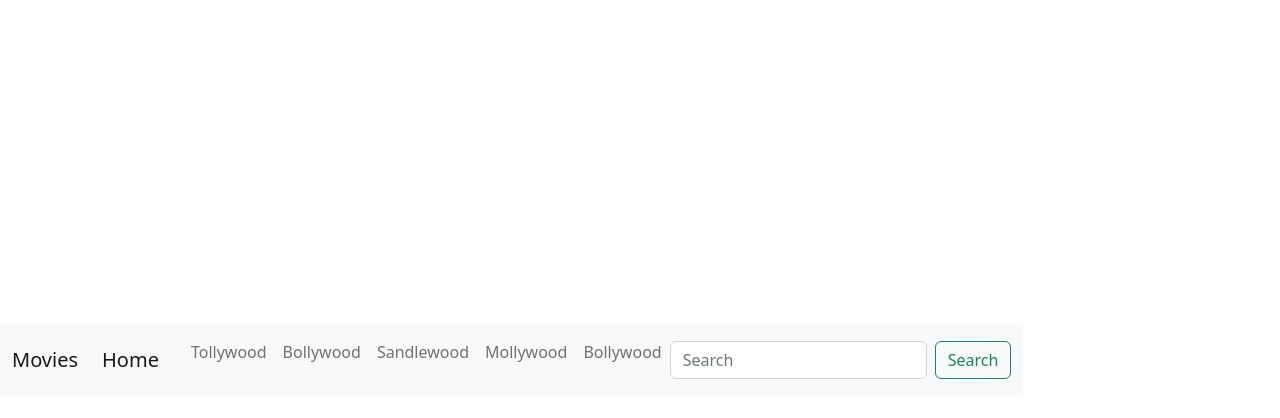
Repository: chandu7777158/Movies_spot
Page: /
These files come from the project's save history. The page is drawn as it stood at one moment and after the next save; the edit follows.
The browser window is 1280 px wide. The pictures show the whole page.
The project was rebuilt for these pictures with package versions that can differ from the ones it lists, and the page was loaded fresh each time. Also part of the build but not shown: vite.config.js.

Above is the page before, as saved 2026-01-22 10:15:59.

### index.html
<!doctype html>
<html lang="en">
  <head>
    <meta charset="UTF-8" />
    <link rel="icon" type="image/svg+xml" href="/vite.svg" />
    <meta name="viewport" content="width=device-width, initial-scale=1.0" />
    <title>movies_spot</title>
    <link href="https://cdn.jsdelivr.net/npm/bootstrap@5.2.3/dist/css/bootstrap.min.css" rel="stylesheet" integrity="sha384-rbsA2VBKQhggwzxH7pPCaAqO46MgnOM80zW1RWuH61DGLwZJEdK2Kadq2F9CUG65" crossorigin="anonymous">

  </head>
  <body>
    <script src="https://cdn.jsdelivr.net/npm/bootstrap@5.2.3/dist/js/bootstrap.bundle.min.js" integrity="sha384-kenU1KFdBIe4zVF0s0G1M5b4hcpxyD9F7jL+jjXkk+Q2h455rYXK/7HAuoJl+0I4" crossorigin="anonymous"></script>
    <div id="root"></div>
    <script type="module" src="/src/main.jsx"></script>
  </body>
</html>

### src/App.jsx
import React from 'react'
import Navbar from './components/Navbar'

export default function App() {
  return (
    <div>
      <Navbar/>
    </div>
  )
}

### src/components/Navbar.jsx
import React from 'react'

export default function Navbar() {
    return (
        <div>
            <nav class="navbar navbar-expand-lg bg-light">

                <div class="container-fluid">
                    <a class="navbar-brand" href="#">Movies</a>

                    <div class="collapse navbar-collapse" id="navbarSupportedContent">

                        <ul class="navbar-nav me-auto mb-2 mb-lg-0">
                            <li class="navbar-brand">
                                <a class="nav-link active" aria-current="page" href="#">Home</a>
                            </li>
                            <li class="nav-item">
                                <a class="nav-link" href="#">Tollywood</a>
                            </li>
                            <li class="nav-item">
                                <a class="nav-link" href="#">Bollywood</a>
                            </li>
                            <li class="nav-item">
                                <a class="nav-link" href="#">Sandlewood</a>
                            </li>
                            <li class="nav-item ">
                                <a class="nav-link " href="#">Mollywood</a>
                            </li>
                            <li class="nav-item ">
                                <a class="nav-link " href="#">Bollywood</a>
                            </li>

                        </ul>
                        <form class="d-flex" role="search">
                            <input class="form-control me-2" type="search" placeholder="Search" aria-label="Search"/>
                            <button class="btn btn-outline-success" type="submit">Search</button>
                        </form>
                    </div>
                </div>
            </nav>

        </div>
    )
}

Loaded but not shown: src/main.jsx (common file); src/index.css (common file)

After the next save:
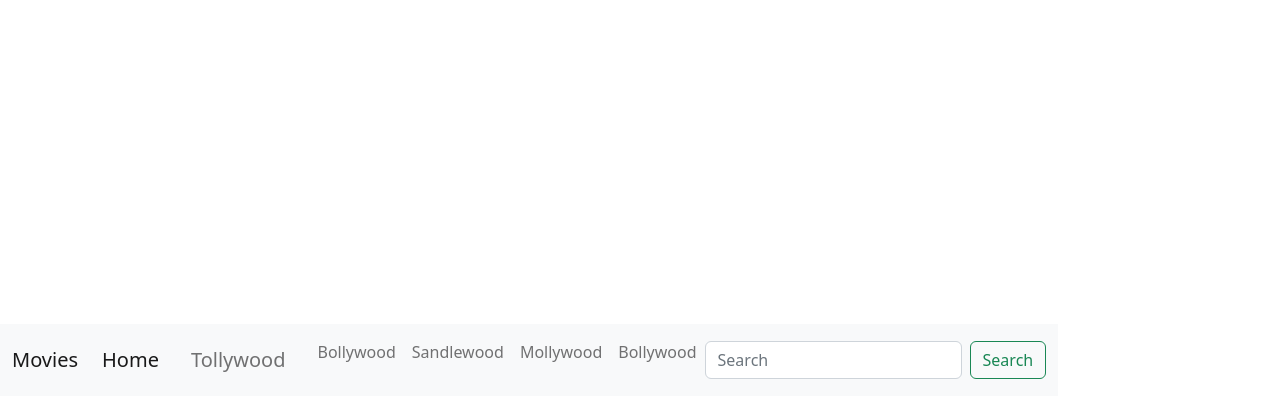
Saved 37 s later.
--- a/src/components/Navbar.jsx
+++ b/src/components/Navbar.jsx
@@ -14,7 +14,7 @@ export default function Navbar() {
                             <li class="navbar-brand">
                                 <a class="nav-link active" aria-current="page" href="#">Home</a>
                             </li>
-                            <li class="nav-item">
+                            <li class="navbar-brand">
                                 <a class="nav-link" href="#">Tollywood</a>
                             </li>
                             <li class="nav-item">
